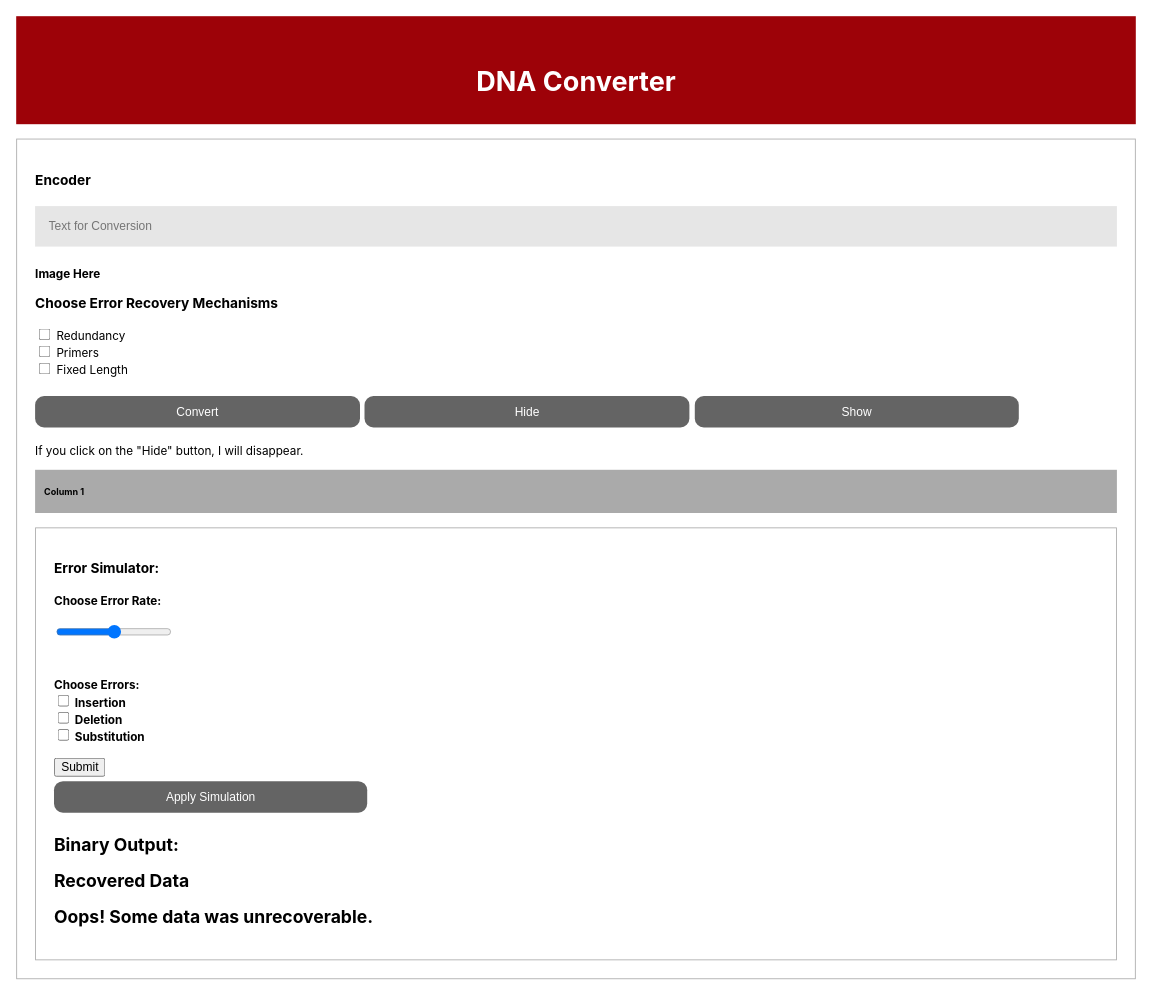
Repository: komalharjani/MSc-Thesis-DNA-Storage
Page: index.html
These files come from the project's save history. The page is drawn as it stood at one moment and after the next save; the edit follows.
The browser window is 1280 px wide. The pictures show the whole page, at 90% of full size.

Above is the page before, as saved 2020-08-16 22:28:42.

After the next save:
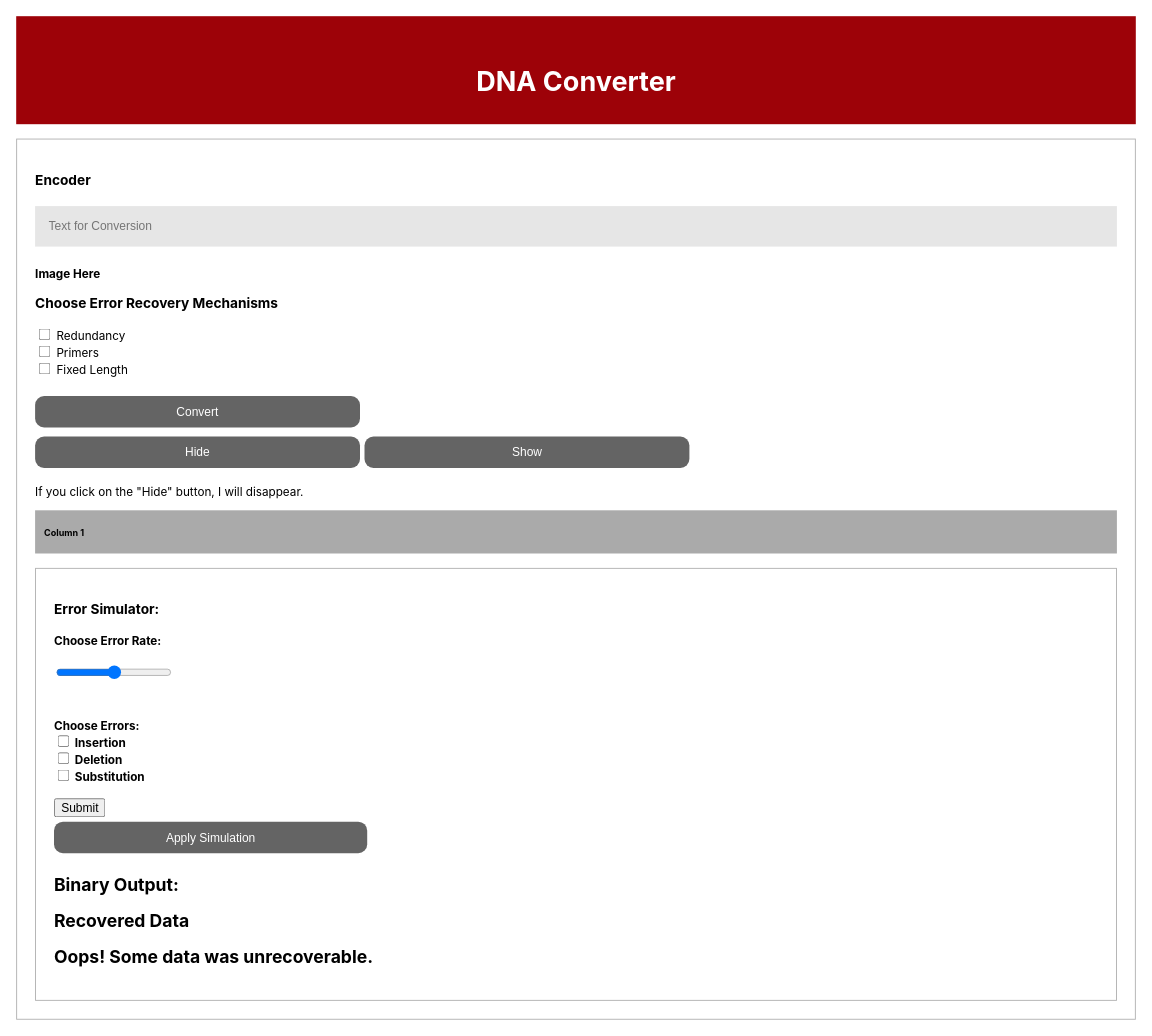
Saved 7 s later.
--- a/index.html
+++ b/index.html
@@ -28,7 +28,7 @@
                 <input type="checkbox" id="vehicle3" name="vehicle3" value="Boat">
                 <label for="vehicle3"> Fixed Length</label><br><br>
             </form>
-            <button onclick="onSubmit()" id="submit">Convert</button>
+            <button onclick="onSubmit()" id="submit">Convert</button><br>
 
             <button id="hide">Hide</button>
             <button id="show">Show</button>
